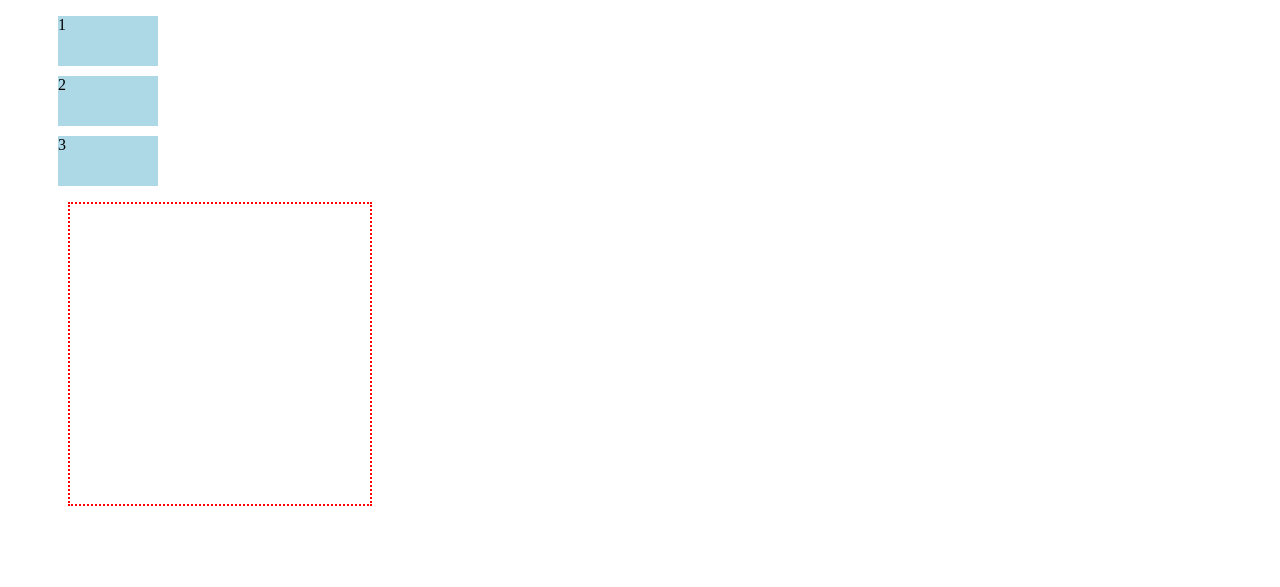
Repository: tfdonna/fontend
Page: js第一阶段/jquery/WebContent/拖拽.html
An editor plug-in stored every save of this project. The page is shown before and after the next save, followed by the edit.
The browser window is 1280 px wide. The pictures show the whole page.

Above is the page before, as saved 2021-09-07 11:10:06.

### js第一阶段/jquery/WebContent/拖拽.html
<!DOCTYPE html>
<html>
<head>
	<meta charset="UTF-8">
	<title>Insert title here</title>
	<style type="text/css">
	   ul, li{
	       list-style: none;
	   }
	   ul li{
	       width: 100px;
	       height: 50px;
	       background: lightblue;
	       margin: 10px;
	   }
	   .box{
	       width: 300px;
           height: 300px;
           border: 2px dotted red;
           margin-left: 60px;
	   }
	</style>
</head>
<body>
    <ul>
        <!-- draggable='true'   设置dom节点可以拖动 -->
        <li draggable="true">1</li>
        <li draggable="true">2</li>
        <li draggable="true">3</li>
    </ul>
    <div class="box"></div>
    <script type="text/javascript">
        window.onload = function () {
			//获取dom节点
			var ul = document.querySelector('ul');
			var li = ul.querySelectorAll('li');
			var box = document.querySelector('.box');

			//设置拖拽元素
			for(var i = 0; i < li.length; i++){
				//开始拖拽
				li[i].ondragstart = function (ev) {
					this.style.background = 'purple';
					ev.dataTransfer.setData('text', this.innerHTML);
				}

				//拖拽中
				/*
				var num = 0;
				li[i].ondrag = function () {
					num++;
					console.log(num);
				}
				li[i].ondragged = function () {
					this.style.background = 'lightgreen';
				}
				*/
			}

			//拖拽目的地
			box.ondragenter = function () {
				this.style.background = 'orange';
			}

			//想要drop时间出发，必须在dragover阻止默认事件
			box.ondragover = function (ev) {
                ev.preventDefault();
            }
			//默认 即使在 目的地的上面释放鼠标，也不会触发 drop；   ***
            box.ondrop = function (ev) {
                console.log('在目的地上释放了鼠标');
                console.log(ev.dataTransfer.getData('text'));
                var oLi = document.createElement('li');
                //ev.dataTransfer.getData 获取拖拽的参数
                oLi.innerHTML = ev.dataTransfer.getData('text');
                oBox.appendChild(oLi);
            }
			//从目的地离开
			box.ondragleave = function () {
				this.style.background = 'lightblue';

			}
			//拖拽顺序 dragstart drag dragenter dragover dragleave dragend
		}
    </script>
</body>
</html>

After the next save:
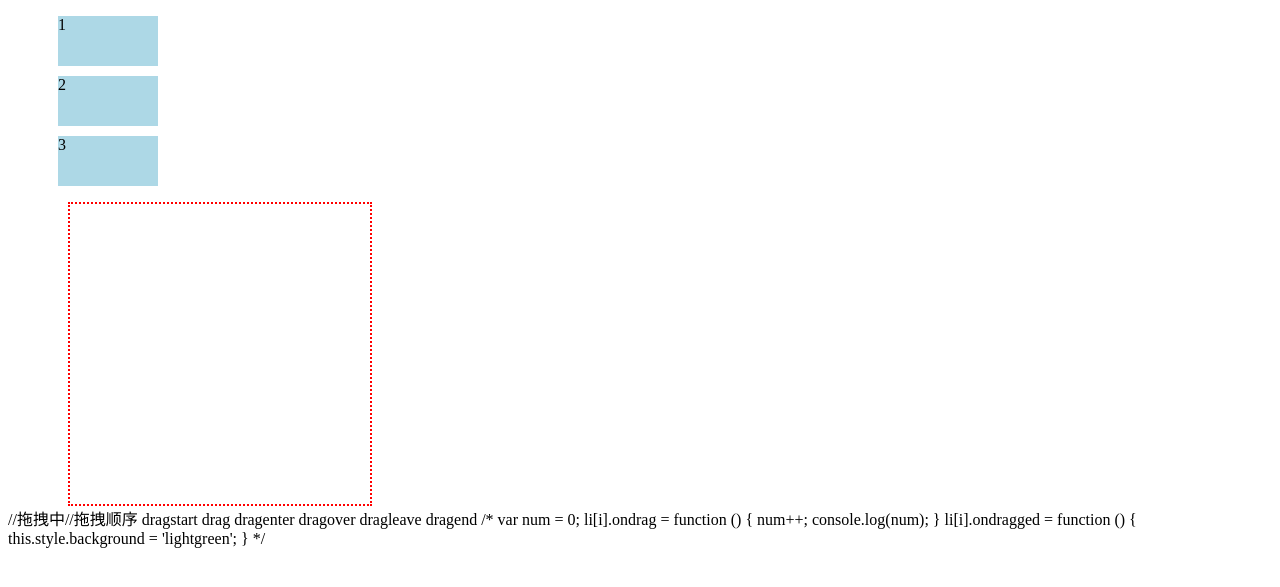
Saved 62 min 5 s later.
--- a/js第一阶段/jquery/WebContent/拖拽.html
+++ b/js第一阶段/jquery/WebContent/拖拽.html
@@ -30,58 +30,58 @@
     </ul>
     <div class="box"></div>
     <script type="text/javascript">
-        window.onload = function () {
-			//获取dom节点
-			var ul = document.querySelector('ul');
-			var li = ul.querySelectorAll('li');
-			var box = document.querySelector('.box');
+    window.onload = function () {
+        //获取dom节点
+        var oUl = document.querySelector('ul');
+        var aLi = oUl.querySelectorAll('li');
+        var oBox = document.querySelector('.box');
 
-			//设置拖拽元素
-			for(var i = 0; i < li.length; i++){
-				//开始拖拽
-				li[i].ondragstart = function (ev) {
-					this.style.background = 'purple';
-					ev.dataTransfer.setData('text', this.innerHTML);
-				}
+        //拖拽元素
+        for (var i = 0; i < aLi.length; i++) {
+            //1.开始拖拽
+            aLi[i].ondragstart = function (ev) {
+                this.style.background = 'pink';
+                //拖拽时传递参数
+                ev.dataTransfer.setData('text', this.innerHTML);
+            }
+            aLi[i].ondrag = function(){
+            	this.remove();
+            }
+        }
 
-				//拖拽中
-				/*
-				var num = 0;
-				li[i].ondrag = function () {
-					num++;
-					console.log(num);
-				}
-				li[i].ondragged = function () {
-					this.style.background = 'lightgreen';
-				}
-				*/
-			}
-
-			//拖拽目的地
-			box.ondragenter = function () {
-				this.style.background = 'orange';
-			}
-
-			//想要drop时间出发，必须在dragover阻止默认事件
-			box.ondragover = function (ev) {
-                ev.preventDefault();
-            }
-			//默认 即使在 目的地的上面释放鼠标，也不会触发 drop；   ***
-            box.ondrop = function (ev) {
-                console.log('在目的地上释放了鼠标');
-                console.log(ev.dataTransfer.getData('text'));
-                var oLi = document.createElement('li');
-                //ev.dataTransfer.getData 获取拖拽的参数
-                oLi.innerHTML = ev.dataTransfer.getData('text');
-                oBox.appendChild(oLi);
-            }
-			//从目的地离开
-			box.ondragleave = function () {
-				this.style.background = 'lightblue';
-
-			}
-			//拖拽顺序 dragstart drag dragenter dragover dragleave dragend
-		}
+        //进入拖拽的目的地
+        oBox.ondragenter = function () {
+            this.style.background = "orange";
+        }
+        //想要 drop事件触发，必须在dragover 阻止默认事件
+        oBox.ondragover = function (ev) {
+            ev.preventDefault();
+        }
+        //默认 即使在 目的地的上面释放鼠标，也不会触发 drop；   ***
+        oBox.ondrop = function (ev) {
+            console.log('在目的地上释放了鼠标');
+            console.log(ev.dataTransfer.getData('text'));
+            var oLi = document.createElement('li');
+            //ev.dataTransfer.getData 获取拖拽的参数
+            oLi.innerHTML = ev.dataTransfer.getData('text');
+            oBox.appendChild(oLi);
+        }
+        //从目的地离开
+        oBox.ondragleave = function () {
+            this.style.background = 'blue';
+        }
+    }
     </script>
+    //拖拽中//拖拽顺序 dragstart drag dragenter dragover dragleave dragend
+                /*
+                var num = 0;
+                li[i].ondrag = function () {
+                    num++;
+                    console.log(num);
+                }
+                li[i].ondragged = function () {
+                    this.style.background = 'lightgreen';
+                }
+                */
 </body>
 </html>

After the save that followed:
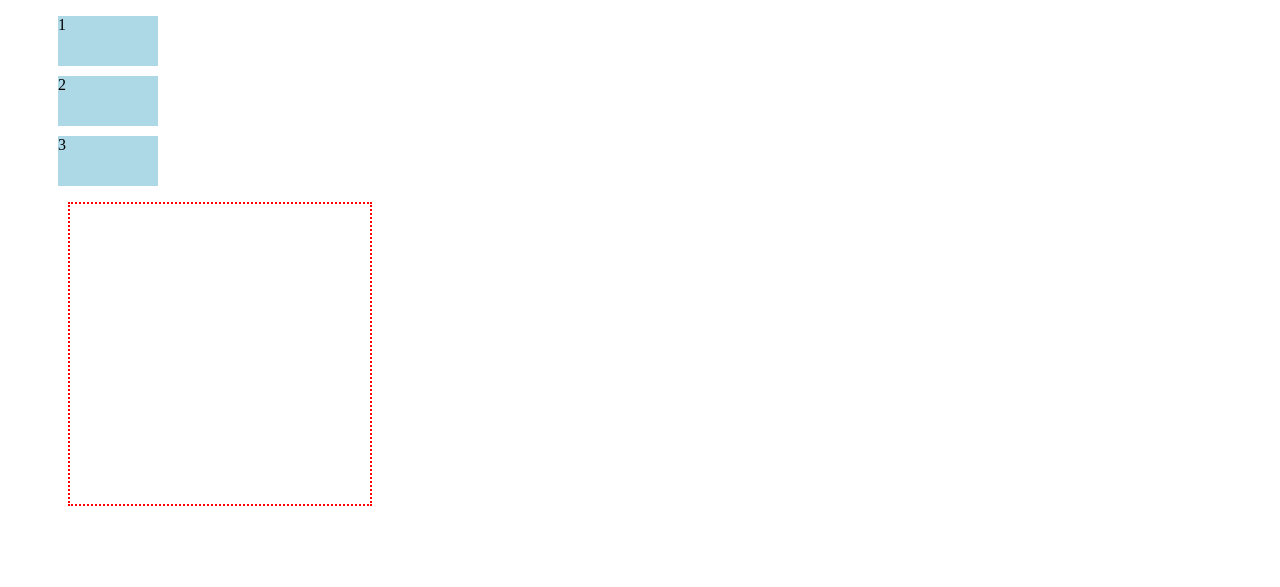
Saved 106 s later.
--- a/js第一阶段/jquery/WebContent/拖拽.html
+++ b/js第一阶段/jquery/WebContent/拖拽.html
@@ -40,7 +40,7 @@
         for (var i = 0; i < aLi.length; i++) {
             //1.开始拖拽
             aLi[i].ondragstart = function (ev) {
-                this.style.background = 'pink';
+                this.style.background = 'purple';
                 //拖拽时传递参数
                 ev.dataTransfer.setData('text', this.innerHTML);
             }
@@ -53,7 +53,7 @@
         oBox.ondragenter = function () {
             this.style.background = "orange";
         }
-        //想要 drop事件触发，必须在dragover 阻止默认事件
+        //想要drop事件触发，必须在dragover 阻止默认事件
         oBox.ondragover = function (ev) {
             ev.preventDefault();
         }
@@ -68,20 +68,11 @@
         }
         //从目的地离开
         oBox.ondragleave = function () {
-            this.style.background = 'blue';
+            this.style.background = 'lightblue';
         }
+        //拖拽顺序 dragstart drag dragenter dragover dragleave dragend
     }
     </script>
-    //拖拽中//拖拽顺序 dragstart drag dragenter dragover dragleave dragend
-                /*
-                var num = 0;
-                li[i].ondrag = function () {
-                    num++;
-                    console.log(num);
-                }
-                li[i].ondragged = function () {
-                    this.style.background = 'lightgreen';
-                }
-                */
+
 </body>
 </html>
